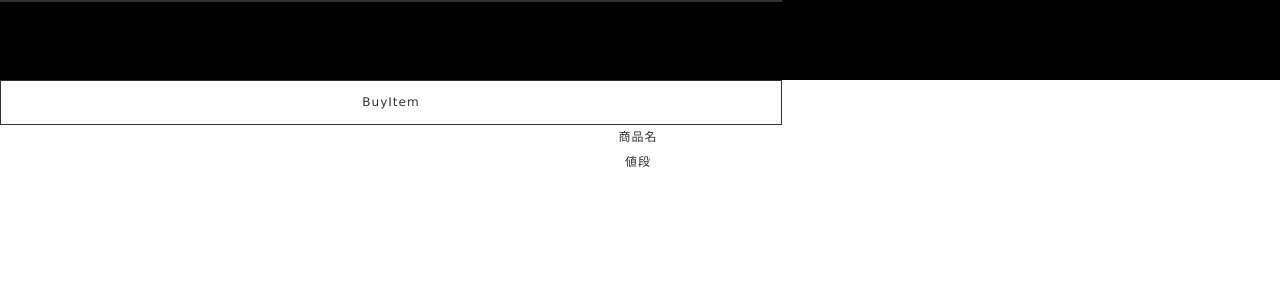
Repository: cha-git/ecsite
Page: http://localhost/template/buyItem.jsp
An editor plug-in stored every save of this project. The page is shown before and after the next save, followed by the edit.
The browser window is 1280 px wide. The pictures show the whole page.
The page is served by Tomcat 9. Other server files are loaded and not shown.

Above is the page before, as saved 2018-12-21 10:36:43.

### template/WebContent/buyItem.jsp
<%@ page language="java" contentType="text/html; charset=UTF-8"
    pageEncoding="UTF-8"%>
<%@ taglib prefix="s" uri="/struts-tags" %>
<!DOCTYPE html>
<html>
<head>
	<meta http-equiv="Content-Type" content="text/html; charset=UTF-8" />
	<meta http-equiv="Conten-Style-Type" content="text/css" />
	<meta http-equiv="Content-Script-Type" content="text/javascript" />
	<meta http-equiv="imagetoolbar" content="" />
	<meta name="description" content="" />
	<meta name="keywords" content="" />
	<title>buyItem画面</title>

	<style type="text/css">
	/* ========TAG LAYOUT======== */
	body {
		margin:0;
		padding:0;
		line-height:1.6;
		letter-spacing:1px;
		font-family:Verdana, Helvetica, sans-serif;
		font-size:12px;
		color:#333;
		background:#fff;
	}

	table {
		text-align:center;
		margin:0 auto;
	}
	/* ========ID LAYOUT======== */
	#top {
		width:780px;
		margin:30px,auto;
		border:1px solid #333;
	}

	#header {
		width:100%;
		height:80px;
		background-color:black;
	}

	#main {
		width:100%;
		height:500px;
		text-align:center;
	}

	#footer {
		width:100%;
		height:80px;
		background-color:black;
		clear:both;
	}
	</style>
</head>
<body>
	<div id="header">
		<div id="top">
		</div>
	</div>
	<div id="main">
		<div id="top">
			<p>BuyItem</p>
		</div>
		<div>
		<s:form action="BuyItemAction">
			<table>
				<tr>
					<td>
						<span>商品名</span>
					</td>
					<td>
						<s:property value="session.buyItem_name" />
					</td>
				</tr>
				<tr>
				</tr>
					<td>
						<span>値段</span>
					</td>
					<td>
					<s:property value="session.buyItem_price" />
					</td>
			</table>
		</s:form>
		</div>
	</div>
</body>
</html>

After the next save:
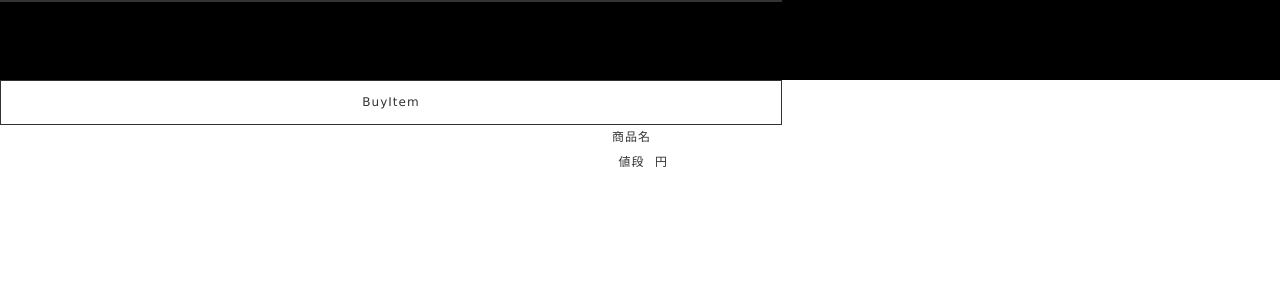
Saved 38 s later.
--- a/template/WebContent/buyItem.jsp
+++ b/template/WebContent/buyItem.jsp
@@ -83,6 +83,7 @@
 					</td>
 					<td>
 					<s:property value="session.buyItem_price" />
+						<span>円 </span>
 					</td>
 			</table>
 		</s:form>
